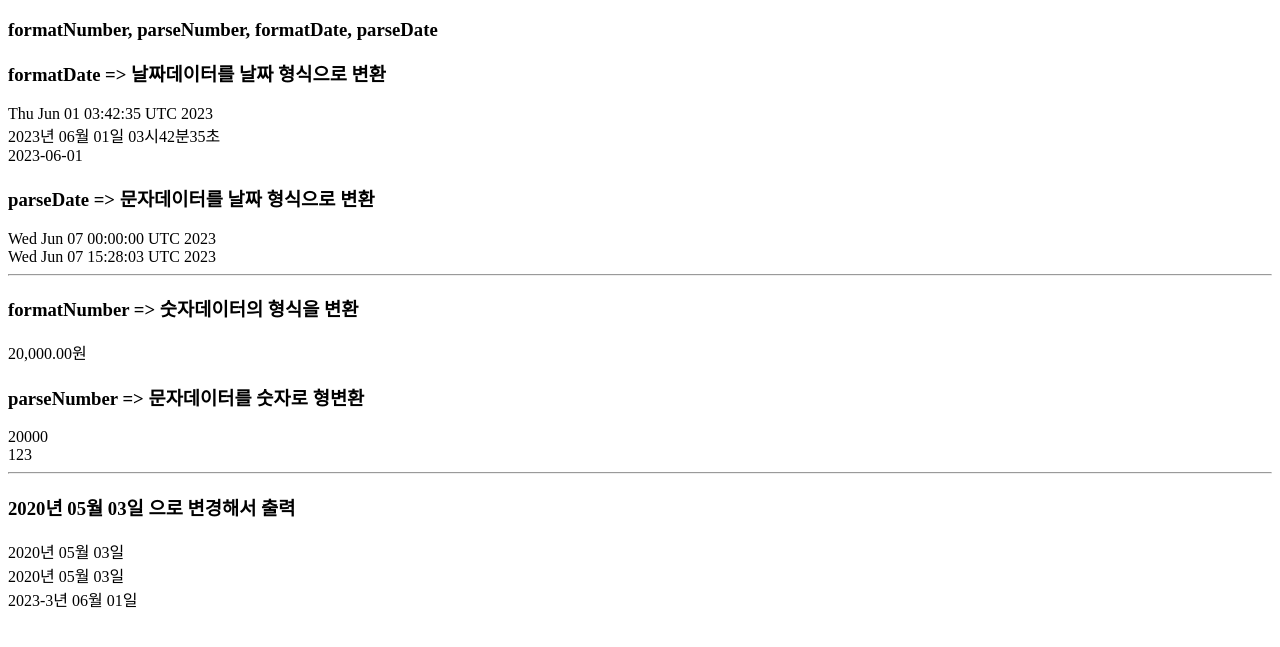
Repository: sun2898/JSP
Page: http://localhost/JSPBasic/JSTL/jstl_fmt.jsp
These files come from the project's save history. The page is drawn as it stood at one moment and after the next save; the edit follows.
The browser window is 1280 px wide. The pictures show the whole page.
The page is served by Tomcat 9. Other server files are loaded and not shown.

Above is the page before, as saved 2023-06-07 06:52:36.

### JSPBasic/src/main/webapp/JSTL/jstl_fmt.jsp
<%@page import="java.util.Date"%>
<%@ page language="java" contentType="text/html; charset=UTF-8"
    pageEncoding="UTF-8"%>
<%@ taglib prefix="fmt" uri="http://java.sun.com/jsp/jstl/fmt" %>
<%@ taglib prefix="c" uri="http://java.sun.com/jsp/jstl/core" %>
<!DOCTYPE html>
<html>
<head>
<meta charset="UTF-8">
<title>Insert title here</title>
</head>
<body>

	<%--
	 fmt는 형변환을 다루는 기능을 가지고 있다.

	 Integer.parseInt() : String > int
	 parse -> 다른타입으로 형 변환
	 format -> 같은타입의 형태를 변환

	 날짜형태를 변환하는 것을 좀 더 주의깊게 공부할 것!
	 --%>

	<h3>formatNumber, parseNumber, formatDate, parseDate</h3>

	<h3>formatDate => 날짜데이터를 날짜 형식으로 변환</h3>

	<c:set var="a" value="<%=new Date() %>"/>

	${a } <!-- Wed Jun 07 15:19:02 KST 2023 -->
	<br>
	<fmt:formatDate var="a01" value="${a }" pattern="yyyy년 MM월 dd일 HH시mm분ss초"/>
	<fmt:formatDate var="a02" value="${a }" pattern="yyyy-MM-dd"/>
	${a01 }<br>
	${a02 }<br>

	<h3>parseDate => 문자데이터를 날짜 형식으로 변환</h3>

	<fmt:parseDate value="2023-06-07" pattern="yyyy-MM-dd"/><br>
	<fmt:parseDate value="2023년06월07일 15시28분03초" pattern="yyyy년MM월dd일 HH시mm분ss초"/>

	<hr>

	<h3>formatNumber => 숫자데이터의 형식을 변환</h3>

	<c:set var ="b" value="20000"/>

	<fmt:formatNumber value="${b }" pattern="00,000.00원"/><br>

	<h3>parseNumber => 문자데이터를 숫자로 형변환</h3>

	<fmt:parseNumber value="20,000원" pattern="00,000원"/><br>
	<fmt:parseNumber value="123asd원" pattern="000asd원"/>

	<hr/>

	<h3>2020년 05월 03일 으로 변경해서 출력</h3>
	<c:set var="TIME_A" value="2020/05/03" />
	<c:set var="TIME_C" value="2020-05-03 21:30:22" />
	<c:set var="TIME_D" value="<%=new Date() %>" />

	<fmt:parseDate var="A" value="${TIME_A }" pattern="yyyy/MM/dd"/>
	<fmt:formatDate value="${A }" pattern="yyyy년 MM월 dd일"/><br>

	<fmt:parseDate var="C" value="${TIME_C }" pattern = "yyyy-MM-dd HH:mm:ss"/>
	<fmt:formatDate value="${C }" pattern = "yyyy년 MM월 dd일"/><br>

	<fmt:formatDate value="${TIME_D }" pattern="YYYY-3년 MM월 dd일"/>











</body>
</html>

After the next save:
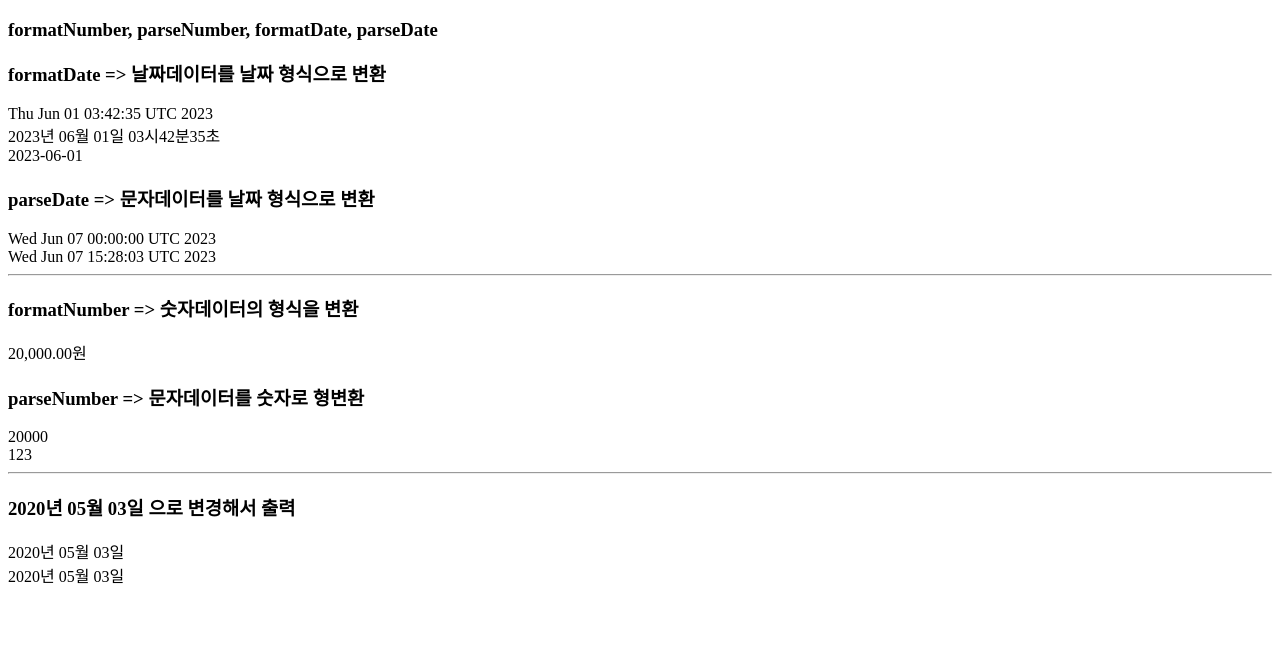
Saved 15 s later.
--- a/JSPBasic/src/main/webapp/JSTL/jstl_fmt.jsp
+++ b/JSPBasic/src/main/webapp/JSTL/jstl_fmt.jsp
@@ -65,7 +65,6 @@
 	<fmt:parseDate var="C" value="${TIME_C }" pattern = "yyyy-MM-dd HH:mm:ss"/>
 	<fmt:formatDate value="${C }" pattern = "yyyy년 MM월 dd일"/><br>
 
-	<fmt:formatDate value="${TIME_D }" pattern="YYYY-3년 MM월 dd일"/>
 
 
 
